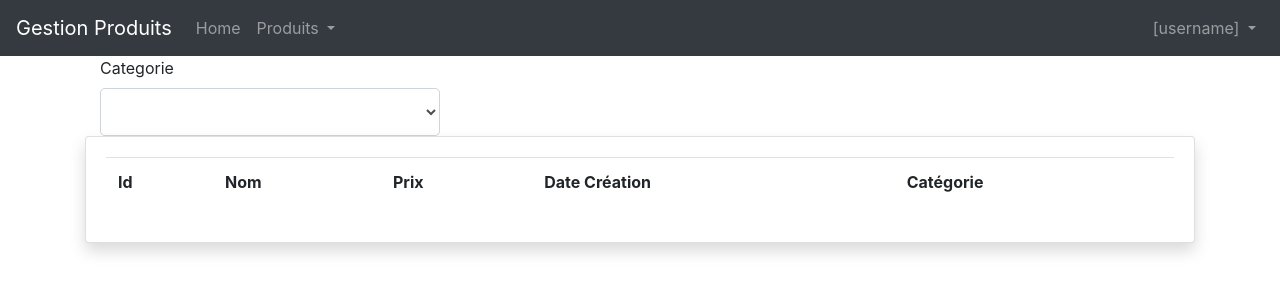
Repository: nadhemBelHadj/Angular_Atelier_Recherche
Page: /rechercheParCategorie
The author's editor kept a copy of each file at every save. The page is drawn from the files as they stood at one save, then again after the next save.
The browser window is 1280 px wide. The pictures show the whole page.
The project was rebuilt for these pictures with package versions that can differ from the ones it lists, and the page was loaded fresh each time. Also part of the build but not shown: angular.json, src/app/produits/produits.component.ts, src/app/add-produit/add-produit.component.ts, src/app/update-produit/update-produit.component.ts.

Above is the page before, as saved 2021-12-07 17:32:13.

### src/index.html
<!doctype html>
<html lang="en">
<head>
  <meta charset="utf-8">
  <title>MesProduits</title>
  <base href="/">

  <meta name="viewport" content="width=device-width, initial-scale=1">
  <link rel="icon" type="image/x-icon" href="favicon.ico">
</head>
<body>
  <app-root></app-root>
</body>
</html>

### src/app/app.module.ts
import { BrowserModule } from '@angular/platform-browser';
import { NgModule } from '@angular/core';
import { FormsModule } from '@angular/forms';
import { AppRoutingModule } from './app-routing.module';
import { AppComponent } from './app.component';
import { ProduitsComponent } from './produits/produits.component';
import { AddProduitComponent } from './add-produit/add-produit.component';
import { UpdateProduitComponent } from './update-produit/update-produit.component';
import { RechercheParCategorieComponent } from './recherche-par-categorie/recherche-par-categorie.component';

@NgModule({
  declarations: [
    AppComponent,
    ProduitsComponent,
    AddProduitComponent,
    UpdateProduitComponent,
    RechercheParCategorieComponent
  ],
  imports: [
    BrowserModule,
    AppRoutingModule,
    FormsModule
  ],
  providers: [],
  bootstrap: [AppComponent]
})
export class AppModule { }

### src/app/app-routing.module.ts
import { NgModule } from '@angular/core';
import { Routes, RouterModule } from '@angular/router';
import { ProduitsComponent } from './produits/produits.component';
import { AddProduitComponent } from './add-produit/add-produit.component';
import { UpdateProduitComponent } from './update-produit/update-produit.component';
import { RechercheParCategorieComponent } from './recherche-par-categorie/recherche-par-categorie.component';

const routes: Routes = [
  {path: "produits", component : ProduitsComponent},
  {path: "add-produit", component : AddProduitComponent},
  {path: "updateProduit/:id",  component: UpdateProduitComponent},
  {path: "rechercheParCategorie", component : RechercheParCategorieComponent},
  {path: "", redirectTo: "produits", pathMatch: "full" }
];

@NgModule({
  imports: [RouterModule.forRoot(routes)],
  exports: [RouterModule]
})
export class AppRoutingModule { }

### src/app/recherche-par-categorie/recherche-par-categorie.component.ts
import { ProduitService } from './../services/produit.service';
import { Component, OnInit } from '@angular/core';
import { Produit } from '../model/produit.model';
import { Categorie } from '../model/categorie.model';

@Component({
  selector: 'app-recherche-par-categorie',
  templateUrl: './recherche-par-categorie.component.html',
  styles: [
  ]
})
export class RechercheParCategorieComponent implements OnInit {

  produits : Produit[] =[]; //un tableau de Produit
  categories : Categorie[];

  constructor(private produitService: ProduitService ) {
   // this.produits = produitService.listeProduits();
   }

  ngOnInit(): void {
    this.categories = this.produitService.listeCategories();
  }

}

### src/app/app.component.html
<!DOCTYPE html>
<html >
<head>
<meta charset="utf-8">
<title>Gestion des Produits</title>
</head>
<body>
<nav class="navbar navbar-expand-sm bg-dark navbar-dark">
  <!-- Brand -->
  <a class="navbar-brand" href="#">Gestion Produits</a>

  <!-- Links -->
  <ul class="navbar-nav">
    <li class="nav-item">
      <a class="nav-link"   routerLink="/produits" >Home</a>
    </li>

    <!-- Dropdown -->
    <li class="nav-item dropdown">
      <a class="nav-link dropdown-toggle" href="#" id="navbardrop" data-toggle="dropdown">
        Produits
      </a>
      <div class="dropdown-menu">
        <a class="dropdown-item"  routerLink="/add-produit">Ajouter</a>
        <a class="dropdown-item"  routerLink="/produits" >Lister</a>
        <a class="dropdown-item"  routerLink="/rechercheParCategorie" >Recherche Par Catégorie</a>
      </div>
    </li>
    </ul>

    <ul class="navbar-nav ml-auto" >
     <li class="nav-item dropdown">
      <a class="nav-link dropdown-toggle" href="#" id="navbardrop" data-toggle="dropdown">
      [username]
      </a>
      <div class="dropdown-menu">
        <a class="dropdown-item" href="#">login</a>
        <a class="dropdown-item" href="#">logout</a>
          <a class="dropdown-item" href="#">Profile</a>
      </div>
    </li>
  </ul>
</nav>
</body>
</html>

<router-outlet></router-outlet>

### src/app/services/produit.service.ts
import { Injectable } from '@angular/core';
import { Produit } from '../model/produit.model';
import { Observable, of } from 'rxjs';
import { Categorie } from '../model/categorie.model';

@Injectable({
  providedIn: 'root'
})
export class ProduitService {
  produits : Produit[]; //un tableau de Produit
  produit = new Produit();
  categorie = new Categorie();

  categories : Categorie[];
  constructor() {
    this.categories = [ {idCat : 1, nomCat : "PC"},
                        {idCat : 2, nomCat : "Imprimante"}];

    this.produits = [
      { idProduit : 1,  nomProduit : "PC Asus", prixProduit : 3000.600, dateCreation : new Date("01/14/2011"), categorie : {idCat : 1, nomCat : "PC"}},
      { idProduit : 2,  nomProduit : "Imprimante Epson", prixProduit : 450, dateCreation : new Date("12/17/2010"), categorie : {idCat : 2, nomCat : "Imprimante"}},
      { idProduit : 3,  nomProduit :"Tablette Samsung", prixProduit : 900.123, dateCreation : new Date("02/20/2020"),categorie : {idCat : 1, nomCat : "PC"}}
    ];
   }

    listeProduits():Produit[] {
      return this.produits;
    }

    listeCategories():Categorie[] {
      return this.categories;
    }

    ajouterProduit( prod: Produit){
      this.produits.push(prod);
    }

    supprimerProduit( prod: Produit){
     //supprimer le produit prod du tableau produits
      const index = this.produits.indexOf(prod, 0);
      if (index > -1) {
        this.produits.splice(index, 1);
      }

      //ou Bien
      /*  this.produits.forEach((cur, index) => {
         if(prod.idProduit === cur.idProduit) {
               this.produits.splice(index, 1);
            }
      }); */

    }

    consulterProduit(id:number): Produit{
     this.produit =  this.produits.find(p => p.idProduit == id);
       return this.produit;
    }


    trierProduits(){
      this.produits = this.produits.sort((n1,n2) => {
        if (n1.idProduit > n2.idProduit) {
            return 1;
        }

        if (n1.idProduit < n2.idProduit) {
            return -1;
        }

        return 0;
    });
    }

    updateProduit(p:Produit)
    {
     // console.log(p);
      this.supprimerProduit(p);
      this.ajouterProduit(p);
      this.trierProduits();
    }


    consulterCategorie(id:number): Categorie{
      this.categorie =  this.categories.find(cat => cat.idCat  == id);
        return this.categorie;
     }


}

### src/app/model/produit.model.ts
import { Categorie } from './categorie.model';

export class Produit {
    idProduit : number;
    nomProduit : string;
    prixProduit : number;
    dateCreation : Date;
    categorie : Categorie
}

### src/app/recherche-par-categorie/recherche-par-categorie.component.html
<div class="container">
<div class="col-sm-4 col-md-4 col-lg-4">
                    <label>Categorie</label>
                      <select class="form-control form-control-lg" id="idCat" name="idCat" [(ngModel)]="newIdCat">
                        <option *ngFor="let cat of categories" [value]="cat.idCat" >
                              {{cat.nomCat}}
                        </option>
                    </select>
</div>
  <div class="card shadow mb-4">
    <div class="card-body">
     <table class="table table-striped">
        <tr> <th>Id</th><th>Nom</th> <th>Prix</th>  <th>Date Création</th><th>Catégorie</th> </tr>
              <tbody *ngFor="let produit of produits">
                       <tr >
                          <td>{{produit.idProduit}}</td>
                          <td>{{produit.nomProduit}}</td>
                          <td>{{produit.prixProduit}}</td>
                          <td>{{produit.dateCreation | date:'dd/MM/yyyy'}}</td>
                          <td>{{produit.categorie.nomCat}}</td>
                          <td><a class="btn btn-danger" (click)="supprimerProduit(produit)">Supprimer</a></td>
                          <td><a class="btn btn-success" [routerLink]="['/updateProduit',produit.idProduit]">Modifier</a></td>

                        </tr>
               </tbody>
    </table>
    </div>
  </div>
</div>

### src/app/model/categorie.model.ts
export class Categorie {
    idCat : number;
    nomCat : string;
}

Loaded but not shown: src/styles.css (common file); src/main.ts (common file); src/environments/environment.ts (common file); src/app/app.component.ts (common file); src/app/app.component.css (no stored copy; drawn as an empty file)

After the next save:
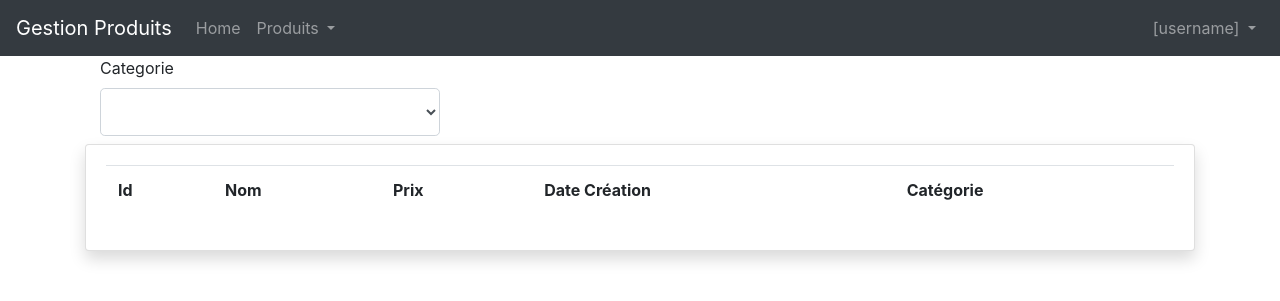
Saved 2 min 23 s later.
--- a/src/app/recherche-par-categorie/recherche-par-categorie.component.html
+++ b/src/app/recherche-par-categorie/recherche-par-categorie.component.html
@@ -1,5 +1,5 @@
 <div class="container">
-<div class="col-sm-4 col-md-4 col-lg-4">
+<div class="col-sm-4 col-md-4 col-lg-4 mb-2">
                     <label>Categorie</label>
                       <select class="form-control form-control-lg" id="idCat" name="idCat" [(ngModel)]="newIdCat">
                         <option *ngFor="let cat of categories" [value]="cat.idCat" >

After the save that followed:
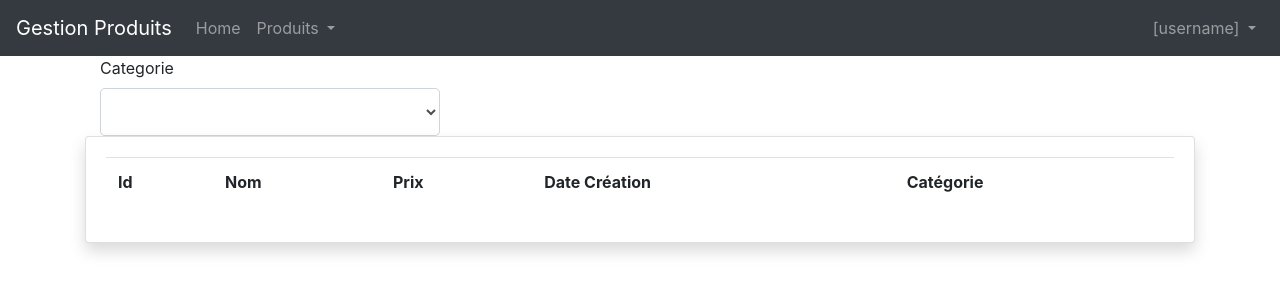
Saved 27 s later.
--- a/src/app/recherche-par-categorie/recherche-par-categorie.component.html
+++ b/src/app/recherche-par-categorie/recherche-par-categorie.component.html
@@ -1,5 +1,5 @@
 <div class="container">
-<div class="col-sm-4 col-md-4 col-lg-4 mb-2">
+<div class="col-sm-4 col-md-4 col-lg-4">
                     <label>Categorie</label>
                       <select class="form-control form-control-lg" id="idCat" name="idCat" [(ngModel)]="newIdCat">
                         <option *ngFor="let cat of categories" [value]="cat.idCat" >
